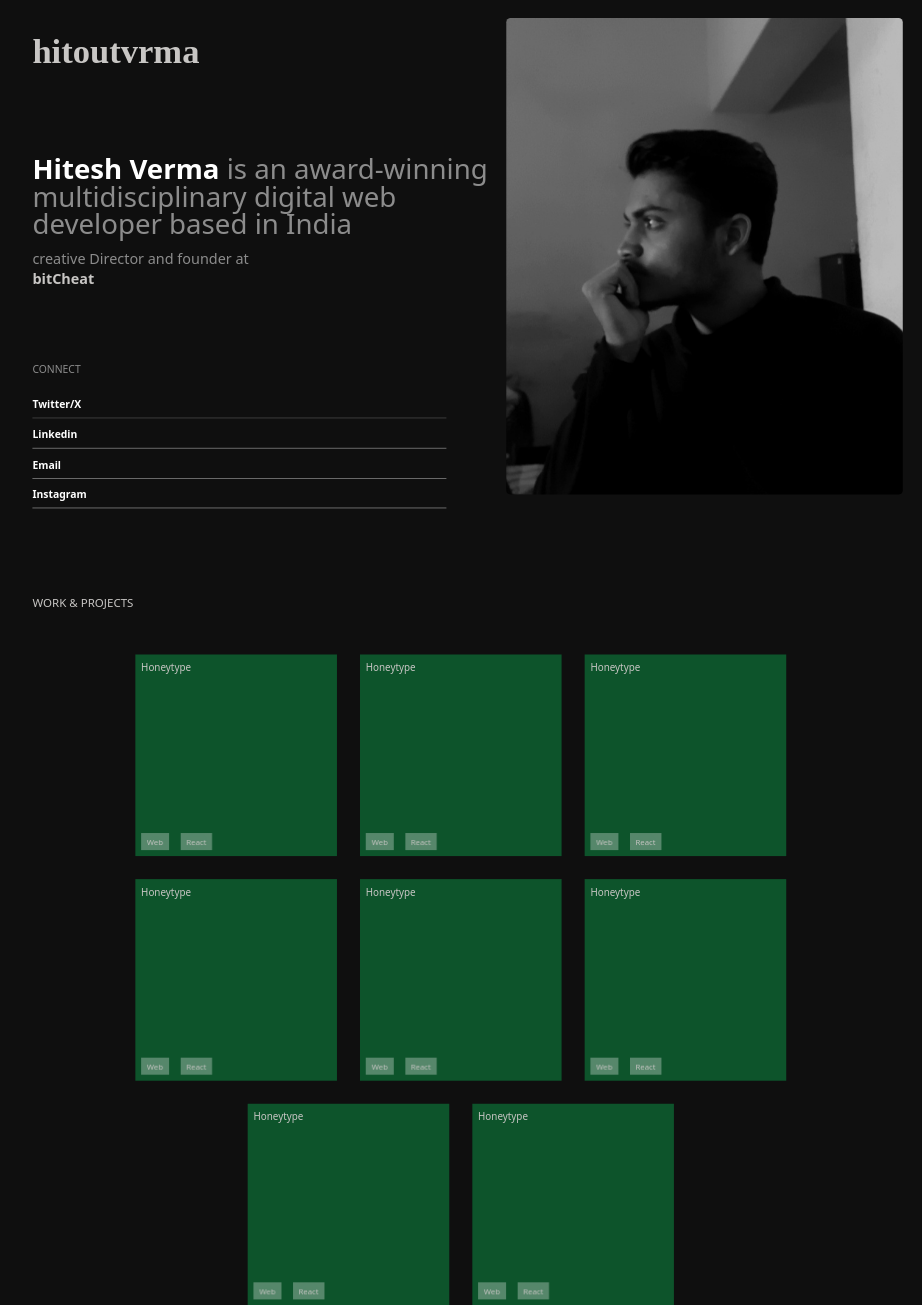
Repository: hitoutvrma/portfolio
Page: /
An editor plug-in stored every save of this project. The page is shown before and after the next save, followed by the edit.
The browser window is 1280 px wide. The pictures show the whole page, at 72% of full size.
The project was rebuilt for these pictures with package versions that can differ from the ones it lists, and the page was loaded fresh each time. Also part of the build but not shown: vite.config.js, src/Components/AnimatedParagraph.jsx.

Above is the page before, as saved 2025-03-07 11:13:51.

After the next save:
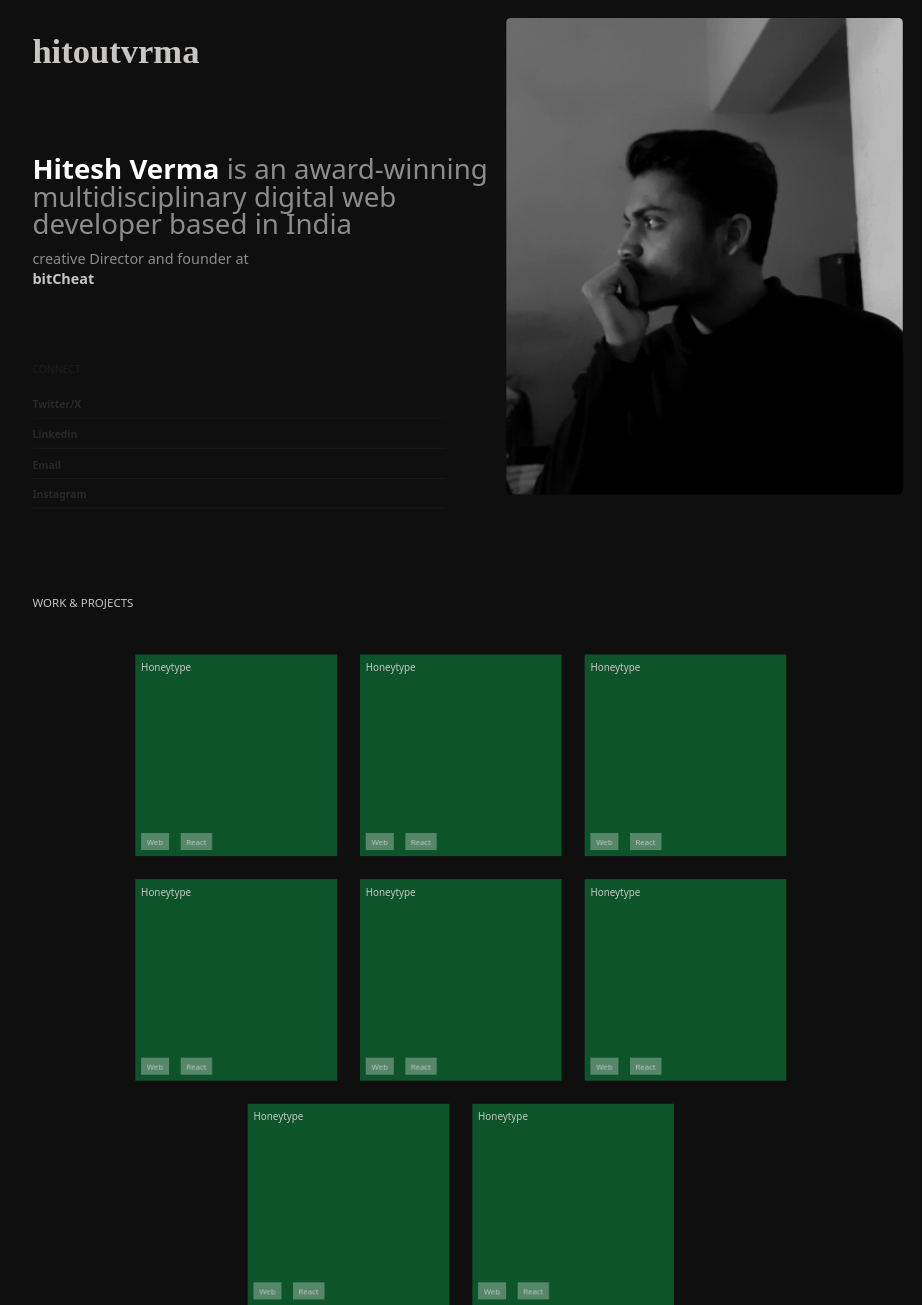
Saved 8 s later.
--- a/src/Components/Front.jsx
+++ b/src/Components/Front.jsx
@@ -14,7 +14,7 @@
           <p className='font-semibold'>bitCheat</p>
           {/* <AnimatedParagraph/> */}
         </div>
-        <motion.div animate={{opacity:1}} transition={{duration:1.5}} className=' flex sm:text-[2vh] sm:pb-0 pb-12 text-[1.8vh]  sm:pt-25 pt-28 flex-col sm:gap-3 gap-1'>
+        <motion.div animate={{opacity:0.1}} transition={{duration:1.5}} className=' flex sm:text-[2vh] sm:pb-0 pb-12 text-[1.8vh]  sm:pt-25 pt-28 flex-col sm:gap-3 gap-1'>
           <p className='text-[#8c8c8c] pb-4 text-[1.6vh]  sm:text-[2vh]'>CONNECT</p>
           <motion.div
         className="relative w-[90%]  font-bold text-white text-md cursor-pointer"

After the 4 saves that followed:
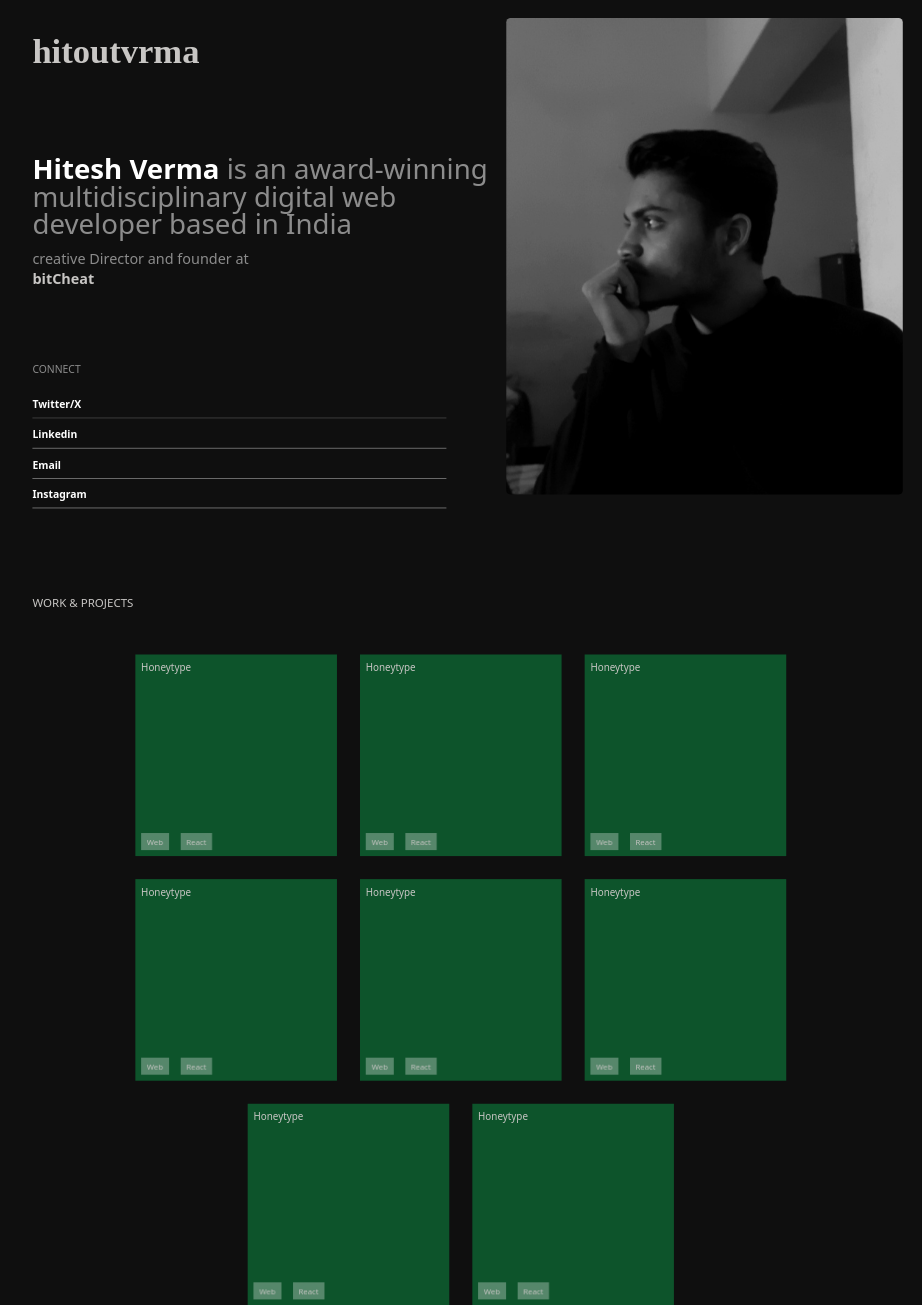
The 4 saves are shown as one change because 1 left the picture as it was and some came seconds apart.
The last was saved 18 s later.
--- a/src/Components/Front.jsx
+++ b/src/Components/Front.jsx
@@ -14,7 +14,7 @@
           <p className='font-semibold'>bitCheat</p>
           {/* <AnimatedParagraph/> */}
         </div>
-        <motion.div animate={{opacity:0.1}} transition={{duration:1.5}} className=' flex sm:text-[2vh] sm:pb-0 pb-12 text-[1.8vh]  sm:pt-25 pt-28 flex-col sm:gap-3 gap-1'>
+        <motion.div initial={{opacity:0.1}} animate={{opacity:1}} transition={{duration:1.5}} className=' flex sm:text-[2vh] sm:pb-0 pb-12 text-[1.8vh]  sm:pt-25 pt-28 flex-col sm:gap-3 gap-1'>
           <p className='text-[#8c8c8c] pb-4 text-[1.6vh]  sm:text-[2vh]'>CONNECT</p>
           <motion.div
         className="relative w-[90%]  font-bold text-white text-md cursor-pointer"
